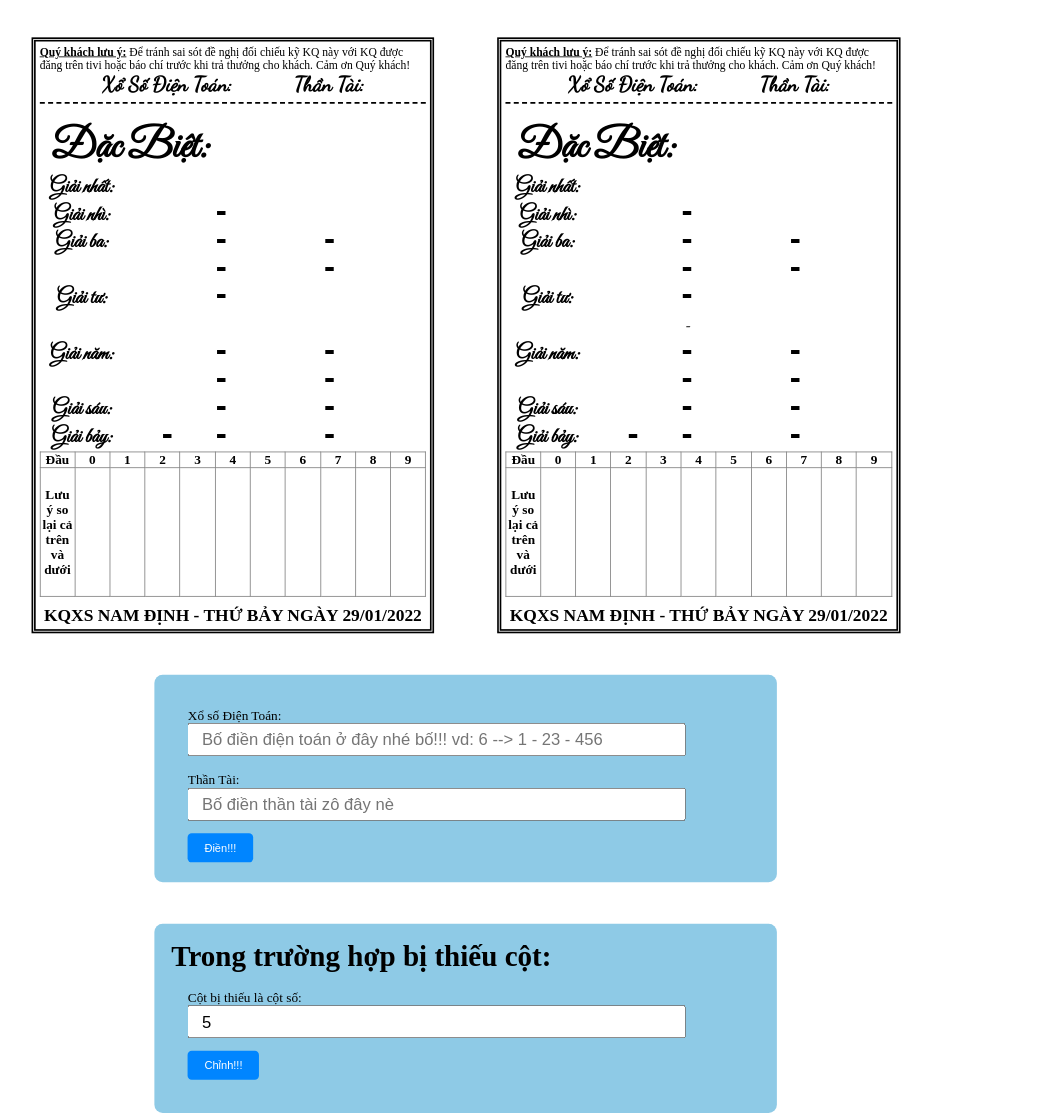
Repository: AnhDuc0125/xskt123
Page: index.html
An editor plug-in stored every save of this project. The page is shown before and after the next save, followed by the edit.
The browser window is 1280 px wide. The pictures show the whole page, at 83% of full size.
Empty fields were first filled with sample values (such as "Sample", 5 or name@example.com).
After loading, the first visible `button` was clicked once.
The page's requests for data from a server got no answer. Some web fonts or font styles are not loaded; a fallback is used.

Above is the page before, as saved 2022-01-29 20:02:43.

### index.html
<!DOCTYPE html>
<html lang="en">
  <head>
    <meta charset="UTF-8" />
    <meta http-equiv="X-UA-Compatible" content="IE=edge" />
    <meta name="viewport" content="width=device-width, initial-scale=1.0" />
    <link rel="stylesheet" href="style.css" />
    <title>Document</title>
  </head>
  <body>
    <div class="boxed__container">
      <div class="boxed--1">
        <div class="header">
          <div class="header--1">
            <b><u>Quý khách lưu ý:</u></b> Để tránh sai sót đề nghị đối chiếu kỹ
            KQ này với KQ được đăng trên tivi hoặc báo chí trước khi trả thưởng
            cho khách. Cảm ơn Quý khách!
          </div>
          <div class="header--2">
            <div class="dienToan">
              Xổ Số Điện Toán:
              <span class="data__dienToan"></span>
            </div>
            <div class="thanTai">
              Thần Tài: <span class="data__thanTai"></span>
            </div>
          </div>
        </div>

        <div class="body">
          <div class="body--1">
            <div class="dacBiet">
              Đặc Biệt:
              <span id="data__dacBiet" class="data__body--1"></span>
            </div>
          </div>
          <div class="body--2">
            <!-- row1 -->
            <div class="body__item body__name">Giải nhất:</div>
            <div class="body__item data__body--1"></div>
            <div class="body__item"></div>
            <div class="body__item"></div>
            <div class="body__item"></div>
            <div class="body__item"></div>
            <!-- row2 -->
            <div class="body__item body__name">Giải nhì:</div>
            <div class="body__item data__body--1"></div>
            <div class="body__item space">-</div>
            <div class="body__item data__body--1"></div>
            <div class="body__item"></div>
            <div class="body__item"></div>
            <!-- row3 -->
            <div class="body__item body__name">Giải ba:</div>
            <div class="body__item data__body--1"></div>
            <div class="body__item space">-</div>
            <div class="body__item data__body--1"></div>
            <div class="body__item space">-</div>
            <div class="body__item data__body--1"></div>
            <!-- row4 -->
            <div class="body__item"></div>
            <div class="body__item data__body--1"></div>
            <div class="body__item space">-</div>
            <div class="body__item data__body--1"></div>
            <div class="body__item space">-</div>
            <div class="body__item data__body--1"></div>
            <!-- row5 -->
            <div class="body__item body__name">Giải tư:</div>
            <div class="body__item data__body--1"></div>
            <div class="body__item space">-</div>
            <div class="body__item data__body--1"></div>
            <div class="body__item"></div>
            <div class="body__item"></div>
            <!-- row6 -->
            <div class="body__item"></div>
            <div class="body__item data__body--1"></div>
            <div class="body__item"></div>
            <div class="body__item data__body--1"></div>
            <div class="body__item"></div>
            <div class="body__item"></div>
            <!-- row7 -->
            <div class="body__item body__name">Giải năm:</div>
            <div class="body__item data__body--1"></div>
            <div class="body__item space">-</div>
            <div class="body__item data__body--1"></div>
            <div class="body__item space">-</div>
            <div class="body__item data__body--1"></div>
            <!-- row8 -->
            <div class="body__item"></div>
            <div class="body__item data__body--1"></div>
            <div class="body__item space">-</div>
            <div class="body__item data__body--1"></div>
            <div class="body__item space">-</div>
            <div class="body__item data__body--1"></div>
            <!-- row9 -->
            <div class="body__item body__name">Giải sáu:</div>
            <div class="body__item data__body--1"></div>
            <div class="body__item space">-</div>
            <div class="body__item data__body--1"></div>
            <div class="body__item space">-</div>
            <div class="body__item data__body--1"></div>
            <!-- row10 -->
            <div class="body__item body__name">Giải bảy:</div>
            <div class="body__item">
              <span class="data__body--1"></span>
              <span class="space">-</span>
              <span class="data__body--1"></span>
            </div>
            <div class="body__item space">-</div>
            <div class="body__item data__body--1"></div>
            <div class="body__item space">-</div>
            <div class="body__item data__body--1"></div>
          </div>
        </div>

        <div class="footer">
          <div class="footer--1">
            <table border="1">
              <thead>
                <tr>
                  <th class="title__table">Đầu</th>
                  <th class="cols__title">0</th>
                  <th class="cols__title">1</th>
                  <th class="cols__title">2</th>
                  <th class="cols__title">3</th>
                  <th class="cols__title">4</th>
                  <th class="cols__title">5</th>
                  <th class="cols__title">6</th>
                  <th class="cols__title">7</th>
                  <th class="cols__title">8</th>
                  <th class="cols__title">9</th>
                </tr>
              </thead>
              <tbody>
                <tr>
                  <th>Lưu ý so lại cả trên và dưới</th>
                  <th class="cols">
                    <ul id="data__0--1"></ul>
                  </th>
                  <th class="cols">
                    <ul id="data__1--1"></ul>
                  </th>
                  <th class="cols">
                    <ul id="data__2--1"></ul>
                  </th>
                  <th class="cols">
                    <ul id="data__3--1"></ul>
                  </th>
                  <th class="cols">
                    <ul id="data__4--1"></ul>
                  </th>
                  <th class="cols">
                    <ul id="data__5--1"></ul>
                  </th>
                  <th class="cols">
                    <ul id="data__6--1"></ul>
                  </th>
                  <th class="cols">
                    <ul id="data__7--1"></ul>
                  </th>
                  <th class="cols">
                    <ul id="data__8--1"></ul>
                  </th>
                  <th class="cols">
                    <ul id="data__9--1"></ul>
                  </th>
                </tr>
              </tbody>
            </table>
          </div>
          <div class="footer--2" id="data__footer--1"></div>
        </div>
      </div>
      <div class="boxed--2">
        <div class="header">
          <div class="header--1">
            <b><u>Quý khách lưu ý:</u></b> Để tránh sai sót đề nghị đối chiếu kỹ
            KQ này với KQ được đăng trên tivi hoặc báo chí trước khi trả thưởng
            cho khách. Cảm ơn Quý khách!
          </div>
          <div class="header--2">
            <div class="dienToan">
              Xổ Số Điện Toán:
              <span class="data__dienToan"></span>
            </div>
            <div class="thanTai">
              Thần Tài: <span class="data__thanTai"></span>
            </div>
          </div>
        </div>

        <div class="body">
          <div class="body--1">
            <div class="dacBiet">
              Đặc Biệt:
              <span id="data__dacBiet" class="data__body--2"></span>
            </div>
          </div>
          <div class="body--2">
            <!-- row1 -->
            <div class="body__item body__name">Giải nhất:</div>
            <div class="body__item data__body--2"></div>
            <div class="body__item"></div>
            <div class="body__item"></div>
            <div class="body__item"></div>
            <div class="body__item"></div>
            <!-- row2 -->
            <div class="body__item body__name">Giải nhì:</div>
            <div class="body__item data__body--2"></div>
            <div class="body__item space">-</div>
            <div class="body__item data__body--2"></div>
            <div class="body__item"></div>
            <div class="body__item"></div>
            <!-- row3 -->
            <div class="body__item body__name">Giải ba:</div>
            <div class="body__item data__body--2"></div>
            <div class="body__item space">-</div>
            <div class="body__item data__body--2"></div>
            <div class="body__item space">-</div>
            <div class="body__item data__body--2"></div>
            <!-- row4 -->
            <div class="body__item"></div>
            <div class="body__item data__body--2"></div>
            <div class="body__item space">-</div>
            <div class="body__item data__body--2"></div>
            <div class="body__item space">-</div>
            <div class="body__item data__body--2"></div>
            <!-- row5 -->
            <div class="body__item body__name">Giải tư:</div>
            <div class="body__item data__body--2"></div>
            <div class="body__item space">-</div>
            <div class="body__item data__body--2"></div>
            <div class="body__item"></div>
            <div class="body__item"></div>
            <!-- row6 -->
            <div class="body__item"></div>
            <div class="body__item data__body--2"></div>
            <div class="body__item">-</div>
            <div class="body__item data__body--2"></div>
            <div class="body__item"></div>
            <div class="body__item"></div>
            <!-- row7 -->
            <div class="body__item body__name">Giải năm:</div>
            <div class="body__item data__body--2"></div>
            <div class="body__item space">-</div>
            <div class="body__item data__body--2"></div>
            <div class="body__item space">-</div>
            <div class="body__item data__body--2"></div>
            <!-- row8 -->
            <div class="body__item"></div>
            <div class="body__item data__body--2"></div>
            <div class="body__item space">-</div>
            <div class="body__item data__body--2"></div>
            <div class="body__item space">-</div>
            <div class="body__item data__body--2"></div>
            <!-- row9 -->
            <div class="body__item body__name">Giải sáu:</div>
            <div class="body__item data__body--2"></div>
            <div class="body__item space">-</div>
            <div class="body__item data__body--2"></div>
            <div class="body__item space">-</div>
            <div class="body__item data__body--2"></div>
            <!-- row10 -->
            <div class="body__item body__name">Giải bảy:</div>
            <div class="body__item">
              <span class="data__body--2"></span>
              <span class="space">-</span>
              <span class="data__body--2"></span>
            </div>
            <div class="body__item space">-</div>
            <div class="body__item data__body--2"></div>
            <div class="body__item space">-</div>
            <div class="body__item data__body--2"></div>
          </div>
        </div>

        <div class="footer">
          <div class="footer--1">
            <table border="1">
              <thead>
                <tr>
                  <th class="title__table">Đầu</th>
                  <th class="cols__title">0</th>
                  <th class="cols__title">1</th>
                  <th class="cols__title">2</th>
                  <th class="cols__title">3</th>
                  <th class="cols__title">4</th>
                  <th class="cols__title">5</th>
                  <th class="cols__title">6</th>
                  <th class="cols__title">7</th>
                  <th class="cols__title">8</th>
                  <th class="cols__title">9</th>
                </tr>
              </thead>
              <tbody>
                <tr>
                  <th>Lưu ý so lại cả trên và dưới</th>
                  <th class="cols">
                    <ul id="data__0--2"></ul>
                  </th>
                  <th class="cols">
                    <ul id="data__1--2"></ul>
                  </th>
                  <th class="cols">
                    <ul id="data__2--2"></ul>
                  </th>
                  <th class="cols">
                    <ul id="data__3--2"></ul>
                  </th>
                  <th class="cols">
                    <ul id="data__4--2"></ul>
                  </th>
                  <th class="cols">
                    <ul id="data__5--2"></ul>
                  </th>
                  <th class="cols">
                    <ul id="data__6--2"></ul>
                  </th>
                  <th class="cols">
                    <ul id="data__7--2"></ul>
                  </th>
                  <th class="cols">
                    <ul id="data__8--2"></ul>
                  </th>
                  <th class="cols">
                    <ul id="data__9--2"></ul>
                  </th>
                </tr>
              </tbody>
            </table>
          </div>
          <div class="footer--2" id="data__footer--2"></div>
        </div>
      </div>
    </div>
    <div class="ask">
      <div class="form__group">
        <label class="label__control">Xổ số Điện Toán:</label>
        <input
          type="number"
          class="form__control input__dienToan"
          oninput="javascript: if (this.value.length > this.maxLength) this.value = this.value.slice(0, this.maxLength);"
          maxlength="6"
          placeholder="Bố điền điện toán ở đây nhé bố!!! vd: 6 --> 1 - 23 - 456"
        />
      </div>
      <div class="form__group">
        <form id="form_thanTai">
          <label for="" class="label__control">Thần Tài:</label>
          <input
            type="number"
            class="form__control input__thanTai"
            oninput="javascript: if (this.value.length > this.maxLength) this.value = this.value.slice(0, this.maxLength);"
            maxlength="4"
            placeholder="Bố điền thần tài zô đây nè"
          />
          <button onclick="showData()">Điền!!!</button>
        </form>
      </div>
    </div>
    <div class="custom_box">
      <strong style="font-size: 35px">Trong trường hợp bị thiếu cột:</strong>
      <div class="form__group">
        <form id="form_custom">
          <div class="label__control">Cột bị thiếu là cột số:</div>
          <input
            type="number"
            class="form__control"
            id="input__custom--column"
            oninput="javascript: if (this.value.length > this.maxLength) this.value = this.value.slice(0, this.maxLength);"
            maxlength="1"
          />
          <button onclick="customColumn()">Chỉnh!!!</button>
        </form>
      </div>
    </div>
  </body>
  <script src="app.js"></script>
</html>

### app.js
var dataTag = document.querySelectorAll(".data__body--1");
var dataCopy = document.querySelectorAll(".data__body--2");
var arrayOfValue = [];
var numList = [];
var array;
var numArray = [];
var count0 = 0;
var count1 = 0;
var count2 = 0;
var count3 = 0;
var count4 = 0;
var count5 = 0;
var count6 = 0;
var count7 = 0;
var count8 = 0;
var count9 = 0;
var col_0 = document.querySelector("#data__0--1");
var col_1 = document.querySelector("#data__1--1");
var col_2 = document.querySelector("#data__2--1");
var col_3 = document.querySelector("#data__3--1");
var col_4 = document.querySelector("#data__4--1");
var col_5 = document.querySelector("#data__5--1");
var col_6 = document.querySelector("#data__6--1");
var col_7 = document.querySelector("#data__7--1");
var col_8 = document.querySelector("#data__8--1");
var col_9 = document.querySelector("#data__9--1");
var col_0_copy = document.querySelector("#data__0--2");
var col_1_copy = document.querySelector("#data__1--2");
var col_2_copy = document.querySelector("#data__2--2");
var col_3_copy = document.querySelector("#data__3--2");
var col_4_copy = document.querySelector("#data__4--2");
var col_5_copy = document.querySelector("#data__5--2");
var col_6_copy = document.querySelector("#data__6--2");
var col_7_copy = document.querySelector("#data__7--2");
var col_8_copy = document.querySelector("#data__8--2");
var col_9_copy = document.querySelector("#data__9--2");
var dateTag = document.querySelector("#data__footer--1");
var dateTagCopy = document.querySelector("#data__footer--2");
console.log(dataTag);
var date = new Date();
var dayInWeek = date.getDay();
var day = ("0" + date.getDate()).slice(-2);
var month = ("0" + (date.getMonth() + 1)).slice(-2);
var year = date.getFullYear();
switch (dayInWeek) {
  case 0:
    dateTag.innerHTML = `KQXS THÁI BÌNH - CHỦ NHẬT NGÀY ${day}/${month}/${year}`;
    dateTagCopy.innerHTML = `KQXS THÁI BÌNH - CHỦ NHẬT NGÀY ${day}/${month}/${year}`;
    break;
  case 1:
    dateTag.innerHTML = `KQXS THỦ ĐÔ - THỨ HAI NGÀY ${day}/${month}/${year}`;
    dateTagCopy.innerHTML = `KQXS THỦ ĐÔ - THỨ HAI NGÀY ${day}/${month}/${year}`;
    break;
  case 2:
    dateTag.innerHTML = `KQXS QUẢNG NINH - THỨ BA NGÀY ${day}/${month}/${year}`;
    dateTagCopy.innerHTML = `KQXS QUẢNG NINH - THỨ BA NGÀY ${day}/${month}/${year}`;
    break;
  case 3:
    dateTag.innerHTML = `KQXS BẮC NINH - THỨ TƯ NGÀY ${day}/${month}/${year}`;
    dateTagCopy.innerHTML = `KQXS BẮC NINH - THỨ TƯ NGÀY ${day}/${month}/${year}`;
    break;
  case 4:
    dateTag.innerHTML = `KQXS THỦ ĐÔ - THỨ NĂM NGÀY ${day}/${month}/${year}`;
    dateTagCopy.innerHTML = `KQXS THỦ ĐÔ - THỨ NĂM NGÀY ${day}/${month}/${year}`;
    break;
  case 5:
    dateTag.innerHTML = `KQXS HẢI PHÒNG - THỨ SÁU NGÀY ${day}/${month}/${year}`;
    dateTagCopy.innerHTML = `KQXS HẢI PHÒNG - THỨ SÁU NGÀY ${day}/${month}/${year}`;
    break;
  case 6:
    dateTag.innerHTML = `KQXS NAM ĐỊNH - THỨ BẢY NGÀY ${day}/${month}/${year}`;
    dateTagCopy.innerHTML = `KQXS NAM ĐỊNH - THỨ BẢY NGÀY ${day}/${month}/${year}`;
    break;
}

function showData() {
  let data1dienToan = document.querySelectorAll(".data1-header");
  let data2thanTai = document.querySelectorAll(".data2-header");
  let dienToanTag = document.querySelector(".input__dienToan");
  let thanTaiTag = document.querySelector(".input__thanTai");
  var dienToanvalue = dienToanTag.value;
  let motSo = dienToanvalue.slice(0, 1);
  let haiSo = dienToanvalue.slice(1, 3);
  let baSo = dienToanvalue.slice(3, dienToanvalue.length);
  for (i = 0; i < data1dienToan.length; i++) {
    data1dienToan[i].innerText = `${motSo} - ${haiSo} - ${baSo}`;
  }
  for (i = 0; i < data2thanTai.length; i++) {
    data2thanTai[i].innerText = `${thanTaiTag.value}`;
  }

  //không load lại trang khi submit
  var form_thanTai = document.querySelector("#form_thanTai");
  form_thanTai.addEventListener("submit", function (e) {
    e.preventDefault();
    dienToanTag.value = "";
    thanTaiTag.value = "";
  });
}

function customColumn() {
  let valueInput = document.querySelector("#input__custom--column");
  let column = document.querySelector(`#col-${valueInput.value}`);
  let column_copy = document.querySelector(`#col-${valueInput.value}-copy`);
  console.log(column);
  Object.assign(column.style, {
    columns: 2,
    webkitColumns: 2,
    mozColumns: 2,
    width: "35px",
  });
  Object.assign(column_copy.style, {
    columns: 2,
    webkitColumns: 2,
    mozColumns: 2,
    width: "35px",
  });

  //nút submit không load lại trang
  var formElement = document.querySelector("#form_custom");
  formElement.addEventListener("submit", function (e) {
    e.preventDefault();
    valueInput.value = "";
  });
}

document.addEventListener("keydown", function (e) {
  if (e.which == 80) {
    confirm("Bố/Mẹ nhớ kiểm tra đã điền thần tài chưa nhé");
  }
});

// api url
const api_url =
  "https://www.xskt.vip/api/front/open/lottery/history/list/1/miba";

// Defining async function
async function getapi(url) {
  // Storing response
  const response = await fetch(url);

  // Storing data in form of JSON
  var posts = await response.json();
  show(posts);
  loop(numList);
}
// Calling that async function
getapi(api_url);

// Function to define innerHTML for HTML table
function show(posts) {
  // lấy vùng data
  array = posts.t.issueList[0].detail;
  //Giải mã JSON --> JS
  data = JSON.parse(array);

  for (let i = 2; i < data.length; i++) {
    var childArray = data[i].split(`,`);
    data[i] = childArray;
  }

  //Đưa hết vào 1 mảng arrayOfValue
  for (i = 0; i < data.length; i++) {
    if (Array.isArray(data[i])) {
      for (j = 0; j < data[i].length; j++) {
        arrayOfValue.push(data[i][j]);
      }
    } else {
      arrayOfValue.push(data[i]);
    }
  }

  //fill dữ liệu
  for (i = 0; i < dataTag.length; i++) {
    dataTag[i].innerText = arrayOfValue[i];
    dataCopy[i].innerText = arrayOfValue[i];
  }

  //lấy 2 số cuối dãy và đưa hết vào mảng numList

  for (i = 0; i < arrayOfValue.length; i++) {
    numList.push(
      arrayOfValue[i].slice(arrayOfValue[i].length - 2, arrayOfValue[i].length)
    );
  }
  numList = numList.sort();
  return numList;
}

function loop(numList) {
  for (i = 0; i < numList.length; i++) {
    if (numList[i] < 10) {
      col_0.innerHTML += `<li>${numList[i]}</li>`;
      col_0_copy.innerHTML += `<li>${numList[i]}</li>`;
      count0++;
    } else if (numList[i] < 20) {
      col_1.innerHTML += `<li>${numList[i]}</li>`;
      col_1_copy.innerHTML += `<li>${numList[i]}</li>`;
      count1++;
    } else if (numList[i] < 30) {
      col_2.innerHTML += `<li>${numList[i]}</li>`;
      col_2_copy.innerHTML += `<li>${numList[i]}</li>`;
      count2++;
    } else if (numList[i] < 40) {
      col_3.innerHTML += `<li>${numList[i]}</li>`;
      col_3_copy.innerHTML += `<li>${numList[i]}</li>`;
      count3++;
    } else if (numList[i] < 50) {
      col_4.innerHTML += `<li>${numList[i]}</li>`;
      col_4_copy.innerHTML += `<li>${numList[i]}</li>`;
      count4++;
    } else if (numList[i] < 60) {
      col_5.innerHTML += `<li>${numList[i]}</li>`;
      col_5_copy.innerHTML += `<li>${numList[i]}</li>`;
      count5++;
    } else if (numList[i] < 70) {
      col_6.innerHTML += `<li>${numList[i]}</li>`;
      col_6_copy.innerHTML += `<li>${numList[i]}</li>`;
      count6++;
    } else if (numList[i] < 80) {
      col_7.innerHTML += `<li>${numList[i]}</li>`;
      col_7_copy.innerHTML += `<li>${numList[i]}</li>`;
      count7++;
    } else if (numList[i] < 90) {
      col_8.innerHTML += `<li>${numList[i]}</li>`;
      col_8_copy.innerHTML += `<li>${numList[i]}</li>`;
      count8++;
    } else if (numList[i] < 100) {
      col_9.innerHTML += `<li>${numList[i]}</li>`;
      col_9_copy.innerHTML += `<li>${numList[i]}</li>`;
      count9++;
    }
  }
}

Loaded but not shown: style.css (220 lines, source omitted)

After the next save:
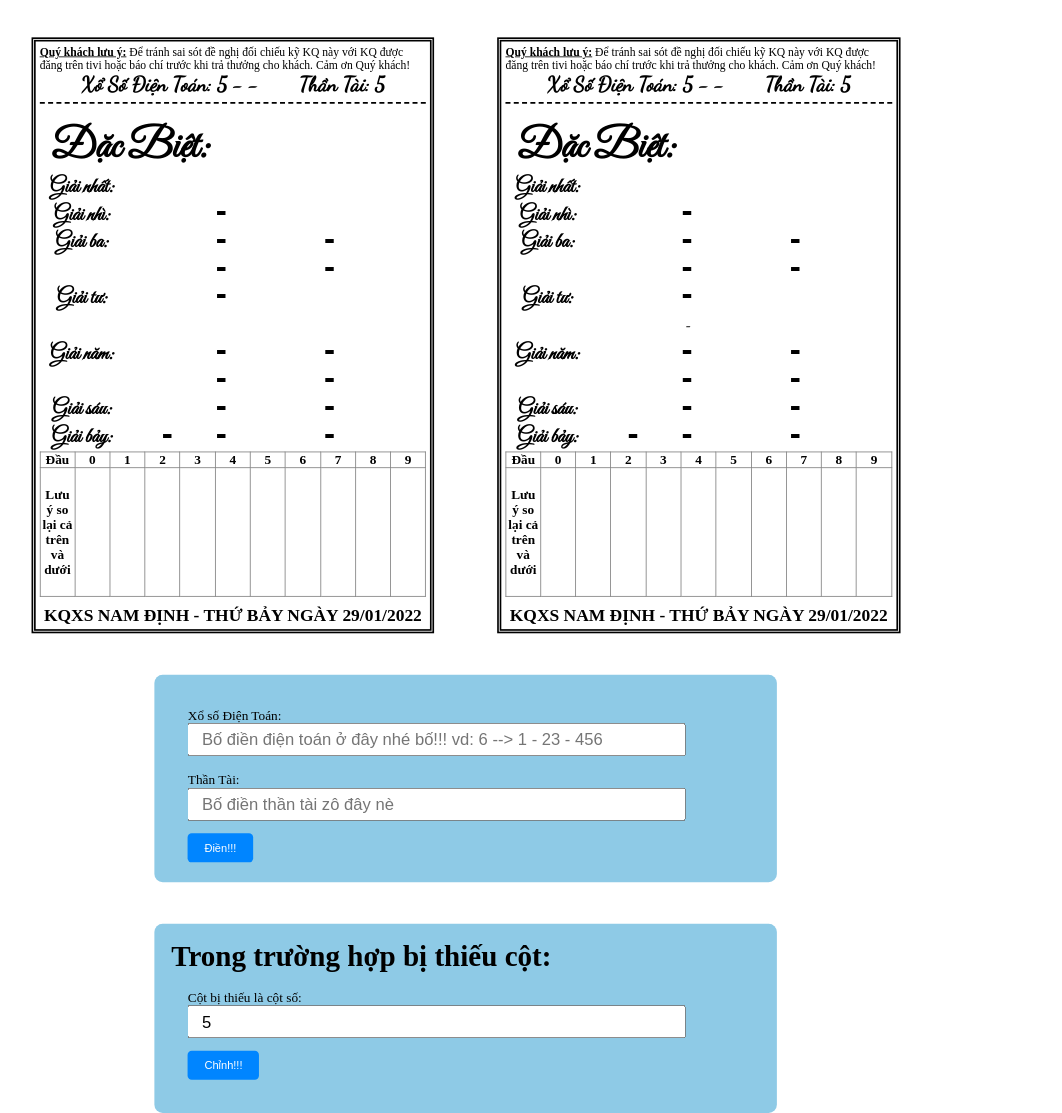
Saved 45 s later.
--- a/app.js
+++ b/app.js
@@ -74,19 +74,19 @@ switch (dayInWeek) {
 }
 
 function showData() {
-  let data1dienToan = document.querySelectorAll(".data1-header");
-  let data2thanTai = document.querySelectorAll(".data2-header");
+  let dataDienToan = document.querySelectorAll(".data__dienToan");
+  let dataThanTai = document.querySelectorAll(".data__thanTai");
   let dienToanTag = document.querySelector(".input__dienToan");
   let thanTaiTag = document.querySelector(".input__thanTai");
   var dienToanvalue = dienToanTag.value;
   let motSo = dienToanvalue.slice(0, 1);
   let haiSo = dienToanvalue.slice(1, 3);
   let baSo = dienToanvalue.slice(3, dienToanvalue.length);
-  for (i = 0; i < data1dienToan.length; i++) {
-    data1dienToan[i].innerText = `${motSo} - ${haiSo} - ${baSo}`;
-  }
-  for (i = 0; i < data2thanTai.length; i++) {
-    data2thanTai[i].innerText = `${thanTaiTag.value}`;
+  for (i = 0; i < dataDienToan.length; i++) {
+    dataDienToan[i].innerText = `${motSo} - ${haiSo} - ${baSo}`;
+  }
+  for (i = 0; i < dataThanTai.length; i++) {
+    dataThanTai[i].innerText = `${thanTaiTag.value}`;
   }
 
   //không load lại trang khi submit
